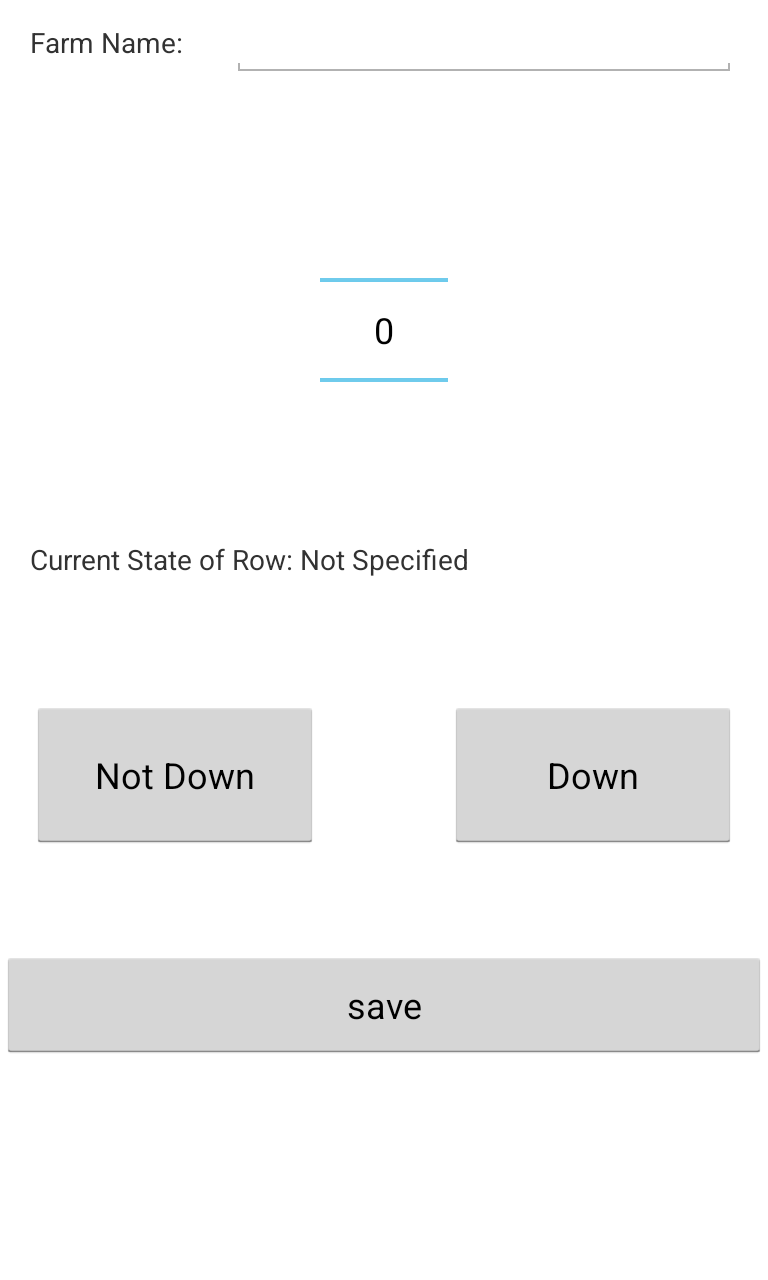
Repository: cokembel/FarmHand
Layout: FarmHand/res/layout/activity_main.xml
An editor plug-in stored every save of this project. The layout is shown before and after the next save, followed by the edit.
It is drawn on a 768 x 1280 px phone screen (xhdpi) without system bars, with theme AppTheme; the app's code is not run.

Above is the layout before, as saved 2012-12-10 09:30:30.

After the next save:
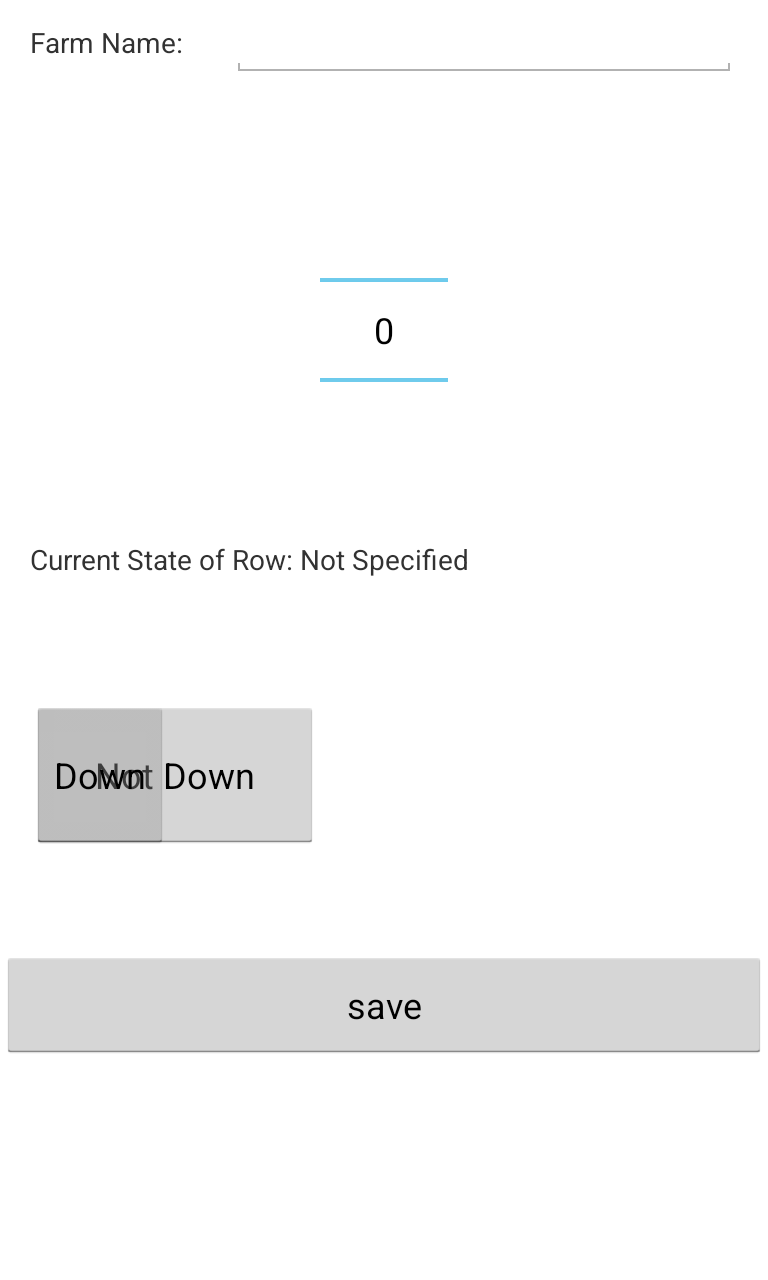
Saved 76 s later.
--- a/FarmHand/res/layout/activity_main.xml
+++ b/FarmHand/res/layout/activity_main.xml
@@ -76,7 +76,8 @@
                 android:id="@+id/down_button"
                 android:layout_width="wrap_content"
                 android:layout_height="75dp"
-                android:layout_alignRight="@+id/farm_name"
+                android:layout_alignRight="@+id/down_button"
+                android:layout_alignLeft="@+id/not_down_button"
                 android:layout_alignBaseline="@+id/not_down_button"
                 android:layout_toRightOf="@+id/row_number"
                 android:text="Down" />

After the save that followed:
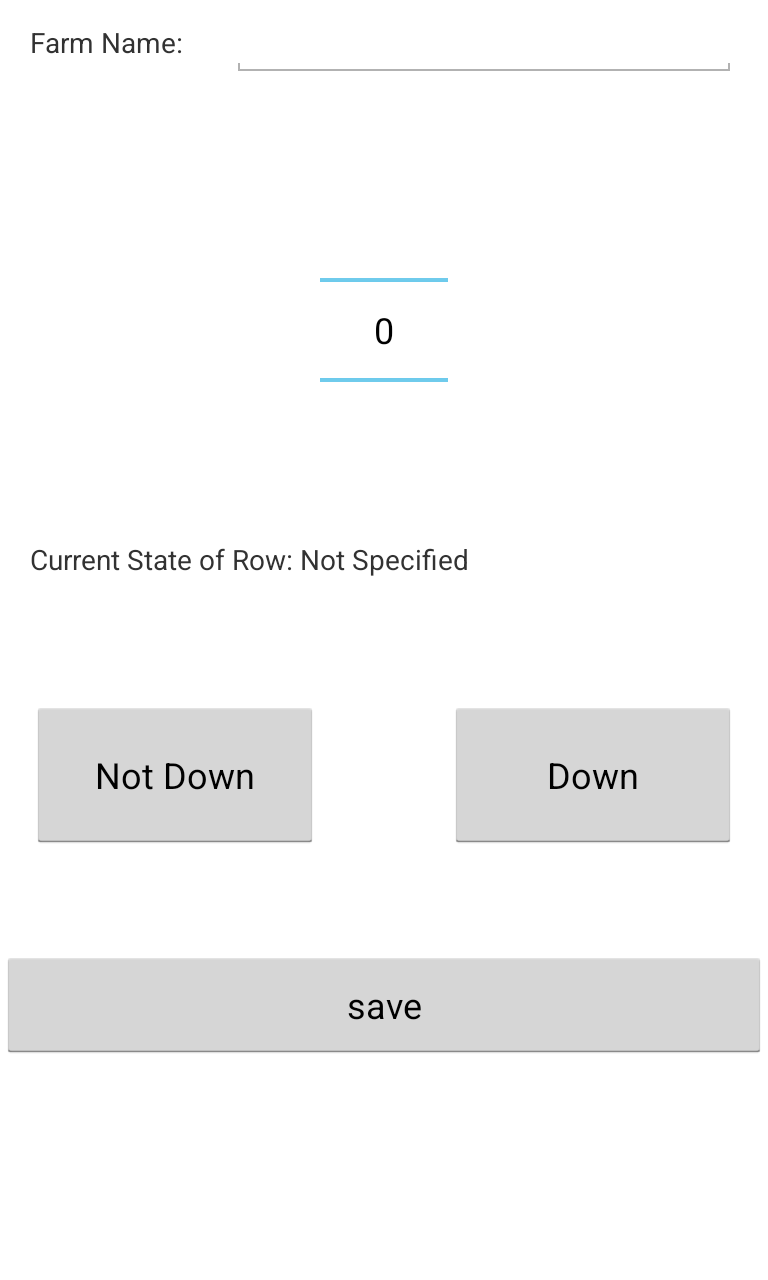
Saved 32 s later.
--- a/FarmHand/res/layout/activity_main.xml
+++ b/FarmHand/res/layout/activity_main.xml
@@ -76,8 +76,7 @@
                 android:id="@+id/down_button"
                 android:layout_width="wrap_content"
                 android:layout_height="75dp"
-                android:layout_alignRight="@+id/down_button"
-                android:layout_alignLeft="@+id/not_down_button"
+                android:layout_alignRight="@+id/farm_name"
                 android:layout_alignBaseline="@+id/not_down_button"
                 android:layout_toRightOf="@+id/row_number"
                 android:text="Down" />
